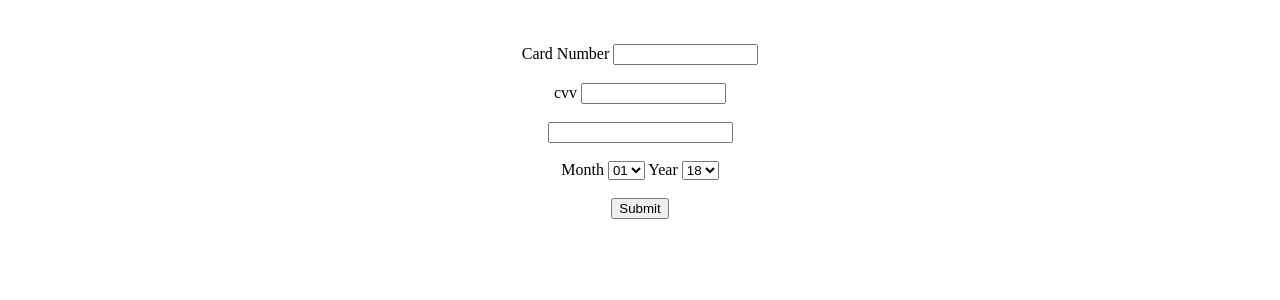
Repository: MalykaK/servlets
Page: CreditCard/WebContent/creditcard.html
These files come from the project's save history. The page is drawn as it stood at one moment and after the next save; the edit follows.
The browser window is 1280 px wide. The pictures show the whole page.

Above is the page before, as saved 2018-09-06 09:53:13.

### CreditCard/WebContent/creditcard.html
<!DOCTYPE html>
<html>
<head>
<meta charset="ISO-8859-1">
<title>Insert title here</title>
</head>
<body>
	<form align="center" action="credit" method="post">
	<br><br>
	<label>Card Number</label>
		<input type="text" name="cardnumber" size="15">
<br><br>
<label>cvv</label>
		<input type="password" name="cvv" size="15"><br><br>
		<input type="text" name="username"><br> <br>
			<label>Month</label>
			<select
			name="mm">
			<option value="1">01</option>
			<option value="2">02</option>
			<option value="3">03</option>
			<option value="4">04</option>
			<option value="5">05</option>
			<option value="6">06</option>
			<option value="7">07</option>
			<option value="8">08</option>
			<option value="9">09</option>
			<option value="10">10</option>
			<option value="11">11</option>
			<option value="12">12</option>
		</select>
		<label>Year</label>
		 <select name="yyyy">
			<option value="18">18</option>
			<option value="19">19</option>
			<option value="20">20</option>
			<option value="21">21</option>
			<option value="22">22</option>
			<option value="23">23</option>
			<option value="24">24</option>
		</select>
		<br><br>
		<button type="submit">Submit</button>
	</form>
</body>
</html>

After the next save:
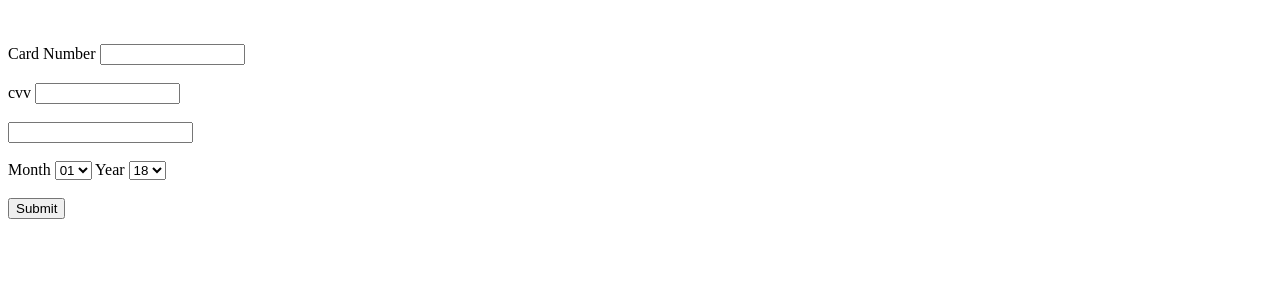
Saved 100 s later.
--- a/CreditCard/WebContent/creditcard.html
+++ b/CreditCard/WebContent/creditcard.html
@@ -5,12 +5,12 @@
 <title>Insert title here</title>
 </head>
 <body>
-	<form align="center" action="credit" method="post">
+	<form  action="credit" method="post">
 	<br><br>
 	<label>Card Number</label>
 		<input type="text" name="cardnumber" size="15">
-<br><br>
-<label>cvv</label>
+	<br><br>
+	<label>cvv</label>
 		<input type="password" name="cvv" size="15"><br><br>
 		<input type="text" name="username"><br> <br>
 			<label>Month</label>
